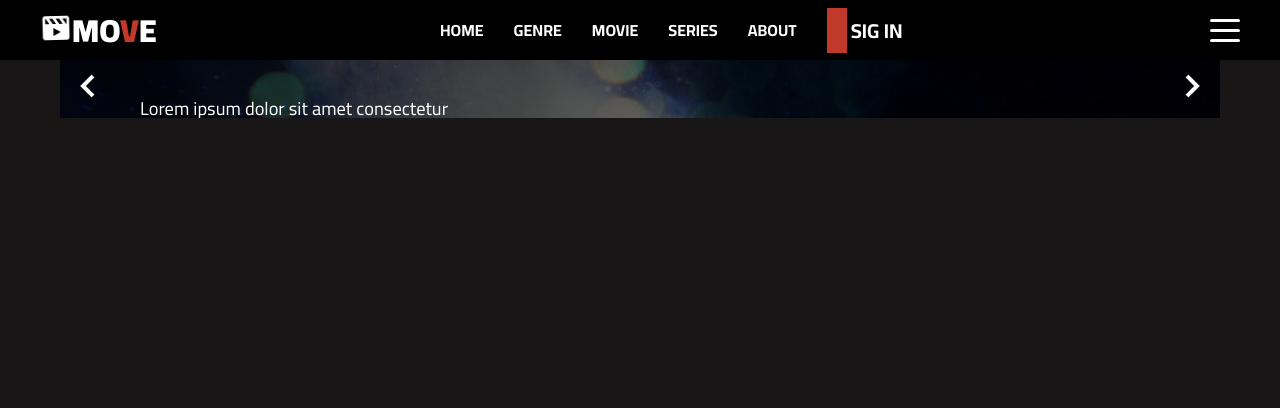
Repository: eric-nguyen-fe/Homepage-single-movies
Page: index.html
An editor plug-in stored every save of this project. The page is shown before and after the next save, followed by the edit.
The browser window is 1280 px wide. The pictures show the whole page.

Above is the page before, as saved 2021-10-30 00:25:53.
Not found: m.css

After the next save:
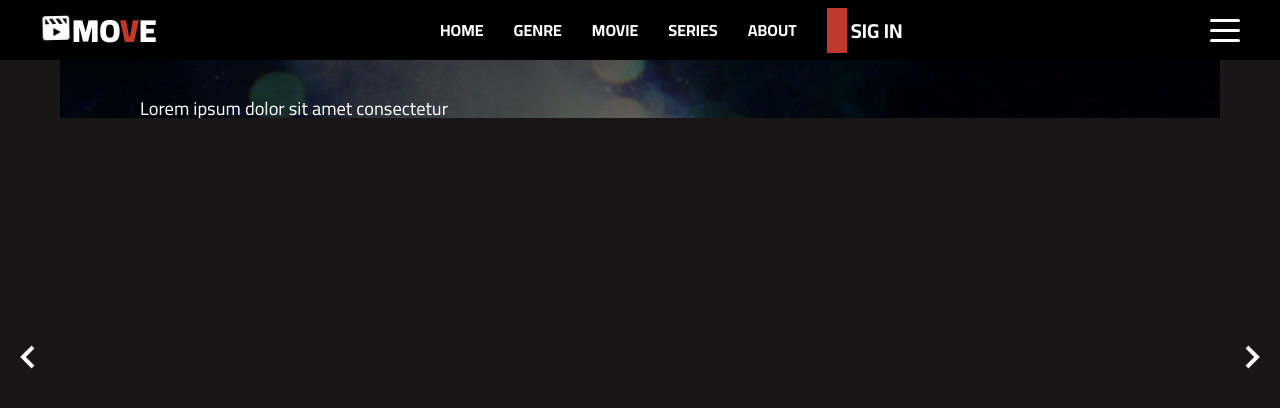
Saved 17 s later.
--- a/app.css
+++ b/app.css
@@ -278,7 +278,7 @@
 }
 
 .carousel-nav-center{
-    position: sticky;
+    position: initial;
 }
 
 .carousel-nav-center .owl-nav button i{
